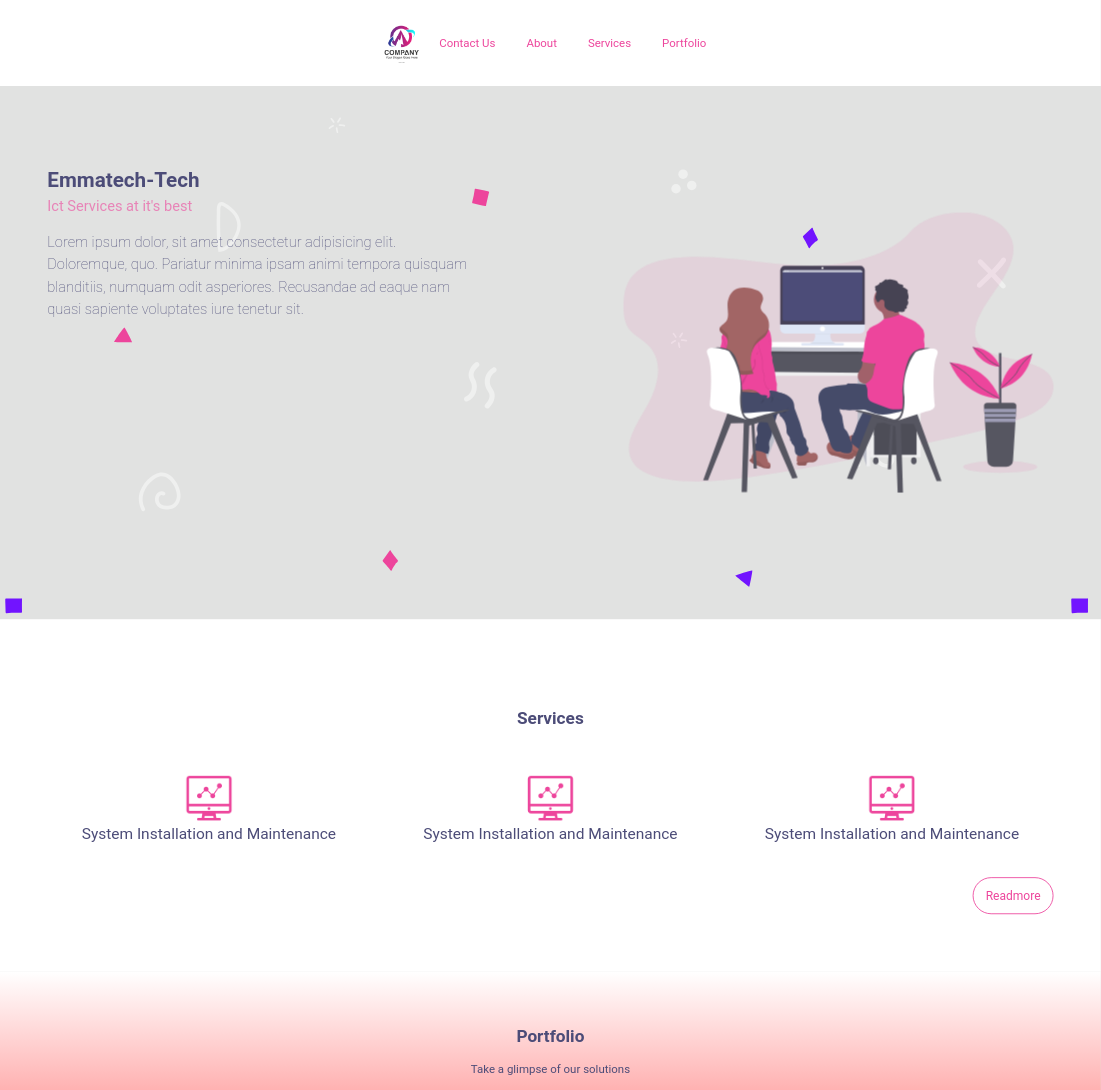
Repository: wisdomspine/emmatech-website
Page: index.html
An editor plug-in stored every save of this project. The page is shown before and after the next save, followed by the edit.
The browser window is 1280 px wide. The pictures show the part of the page from y = 0 to 1268 px (the page is 1582 px tall), at 86% of full size.
A picture or video elsewhere on the page could not be fetched, so the positions and the page height are approximate.

Above is the page before, as saved 2020-10-28 10:26:22.

### index.html
<!DOCTYPE html>
<html lang="en">

<head>
    <meta charset="UTF-8">
    <meta name="viewport" content="width=device-width, initial-scale=1.0 max-scale=1.0">
    <title>Emmatech ICT</title>
    <link rel="stylesheet" href="./assets/styles/styles.css">
    <link rel="stylesheet" href="./assets/styles/home-slide.css">
    <link rel="stylesheet" href="./assets/styles/index.css">
</head>

<body>
    <header class="header">
        <div class="container">
            <img src="./assets/images/logo.png" alt="">
            <nav>
                <ul>
                    <li>
                        <a href="#">Contact Us</a>
                    </li>
                    <li>
                        <a href="#">About</a>
                    </li>
                    <li>
                        <a href="#">Services</a>
                    </li>
                    <li>
                        <a href="#">Portfolio</a>
                    </li>
                </ul>
            </nav>
        </div>
    </header>

    <section class="home-slide">
        <div>
            <div class="container">
                <article>
                    <header>
                        <h1>Emmatech-Tech</h1>
                        <h2>Ict Services at it's best</h2>
                    </header>
                    <p>
                        Lorem ipsum dolor, sit amet consectetur adipisicing elit. Doloremque, quo. Pariatur minima ipsam
                        animi tempora quisquam blanditiis, numquam odit asperiores. Recusandae ad eaque nam quasi
                        sapiente voluptates iure tenetur sit.

                    </p>
                </article>
                <img src="./assets/images/slide/slide1.svg" alt="">
            </div>
        </div>
        <div>
            <div class="container">
                <article>
                    <header>
                        <h1>Emmatech-Tech</h1>
                        <h2>Ict Services at it's peak</h2>
                    </header>
                    <p>
                        Lorem ipsum dolor, sit amet consectetur adipisicing elit. Doloremque, quo. Pariatur minima ipsam
                        animi tempora quisquam blanditiis, numquam odit asperiores. Recusandae ad eaque nam quasi
                        sapiente voluptates iure tenetur sit.

                    </p>
                </article>
                <div>
                    <img src="./assets/images/slide/slide2.svg" alt="">
                </div>
            </div>
        </div>
        <div>
            <div class="container">
                <article>
                    <header>
                        <h1>Emmatech-Tech</h1>
                        <h2>Ict Services at it's great</h2>
                    </header>
                    <p>
                        Lorem ipsum dolor, sit amet consectetur adipisicing elit. Doloremque, quo. Pariatur minima ipsam
                        animi tempora quisquam blanditiis, numquam odit asperiores. Recusandae ad eaque nam quasi
                        sapiente voluptates iure tenetur sit.

                    </p>
                </article>
                <div>
                    <img src="./assets/images/slide/slide3.svg" alt="">
                </div>
            </div>
        </div>
    </section>
    <section class="service-section">
        <div class="container">
            <h2 class="text-center">
                Services
            </h2>
            <div class="home-services">
                <figure>
                    <img src="./assets/images/systme-installation.png" alt="">
                    <figcaption>
                        System Installation and Maintenance
                    </figcaption>
                </figure>
                <figure>
                    <img src="./assets/images/systme-installation.png" alt="">
                    <figcaption>
                        System Installation and Maintenance
                    </figcaption>
                </figure>
                <figure>
                    <img src="./assets/images/systme-installation.png" alt="">
                    <figcaption>
                        System Installation and Maintenance
                    </figcaption>
                </figure>
            </div>

            <a href="#" class="button outline accent readmore">
                Readmore
            </a>
        </div>
    </section>
    <section class="home-portfolio">
        <div class="container">
            <header>
                <h2 class="text-center">
                    Portfolio
                </h2>
                <p class="text-center">
                    Take a glimpse of our solutions
                </p>
            </header>
            <div class="content">
                <figure>
                    <img src="https://images.unsplash.com/photo-1557597774-9d273605dfa9?ixlib=rb-1.2.1&ixid=eyJhcHBfaWQiOjEyMDd9&auto=format&fit=crop&w=500&q=80&h=500"
                        alt="">
                    <figcaption>
                        <h3>Installation of CCTV cameras in TA'AL E-Library</h3>
                        <a href="#" class="button filled accent">View Case</a>
                    </figcaption>
                </figure>
                <figure>
                    <img src="https://images.unsplash.com/photo-1557597774-9d273605dfa9?ixlib=rb-1.2.1&ixid=eyJhcHBfaWQiOjEyMDd9&auto=format&fit=crop&w=500&q=80&h=500"
                        alt="">
                    <figcaption>
                        <h3>Installation of CCTV cameras in TA'AL E-Library</h3>
                        <a href="#" class="button filled accent">View Case</a>
                    </figcaption>
                </figure>
                <figure>
                    <img src="https://images.unsplash.com/photo-1557597774-9d273605dfa9?ixlib=rb-1.2.1&ixid=eyJhcHBfaWQiOjEyMDd9&auto=format&fit=crop&w=500&q=80&h=500"
                        alt="">
                    <figcaption>
                        <h3>Installation of CCTV cameras in TA'AL E-Library</h3>
                        <a href="#" class="button filled accent">View Case</a>
                    </figcaption>
                </figure>
                <figure>
                    <img src="https://images.unsplash.com/photo-1557597774-9d273605dfa9?ixlib=rb-1.2.1&ixid=eyJhcHBfaWQiOjEyMDd9&auto=format&fit=crop&w=500&q=80&h=500"
                        alt="">
                    <figcaption>
                        <h3>Installation of CCTV cameras in TA'AL E-Library</h3>
                        <a href="#" class="button filled accent">View Case</a>
                    </figcaption>
                </figure>
            </div>
        </div>
    </section>
</body>
<script>
    const divs = document.querySelectorAll(".home-slide > div");
    let current = 0;
    divs.forEach(e => {
        e.style.display = "none";
    })
    divs[(current++) % divs.length].style.display = "block";
    setInterval(function () {
        divs.forEach(e => {
            e.style.display = "none";
        })
        divs[(current++) % divs.length].style.display = "block";
    }, 10000)
</script>

</html>

### assets/styles/styles.css
@import "./preset.css";
@import "./page-header.css";

.container {
  max-width: 1170px;
  margin-left: auto;
  margin-right: auto;
}

.text-center{
  text-align: center;
}

.button{
  font-size: 14px;
  line-height: 21px;
  padding: 10px  14px;
  border-radius: 100px;
}

.button.filled.accent{
  background-color: var(--accent-color);
  color: white;
}

.button.outline.accent{
  border-color: var(--accent-color);
  border-width: 1px;
  border-style: solid;
  color: var(--accent-color);
}

### assets/styles/home-slide.css
@import "./variables.css";

@keyframes slide-article {
  0% {
    opacity: 0;
    position: relative;
    top: -90px;
    left: -150px;
  }

  5.5% {
    opacity: 1;
    position: relative;
    top: 0px;
    left: 0px;
  }

  90.8% {
    opacity: 1;
    position: relative;
    top: 0px;
    left: 0px;
  }

  100% {
    opacity: 0;
    position: relative;
    top: 90px;
    left: -150px;
  }
}

@keyframes slide-img {
  0% {
    opacity: 0;
    position: relative;
    top: 350px;
  }

  5.5% {
    opacity: 1;
    position: relative;
    top: 0px;
  }

  90.8% {
    opacity: 1;
    position: relative;
    top: 0px;
  }

  100% {
    opacity: 0;
    position: relative;
    top: 350px;
  }
}


.home-slide {
  height: calc(100vh - var(--header-height));
  overflow: hidden;
  background: url("../images/Confetti-Doodles.svg");
  background-size: contain;
}

.home-slide>div {
  height: 100%;
}

.home-slide>div .container {
  height: 100%;
}

.home-slide .container {
  display: flex;
  flex-flow: row nowrap;
  align-items: center;
  justify-content: space-between;
}

.home-slide .container img {
  max-width: 500px;
  animation-name: slide-img;
  animation-duration: var(--slide-animation-duration);
}

.home-slide .container article {
  max-width: 500px;
  align-self: flex-start;
  margin-top: 70px;
}

.home-slide .container article h1 {
  font-size: 24px;
  margin-bottom: 0px;
}

.home-slide .container article h2 {
  margin-top: 0px;
  opacity: 0.6;
  font-weight: 400;
  font-size: 17px;
  color: var(--accent-link-color);
}

.home-slide .container article {}

.home-slide .container article:not(:hover) {
  animation-name: slide-article;
  animation-duration: var(--slide-animation-duration);
}

.home-slide .container article p {
  font-size: 17px;
  font-weight: lighter;
  line-height: 26px;
}

### assets/styles/index.css
@import "./variables.css";

.service-section{
    background-color:white;
    padding-top: 84px;
    padding-bottom: 134px;
}

.home-services{
    display: flex;
    flex-flow: row nowrap;
    justify-content: space-between;
    align-items: flex-start;
    margin-top: 30px;;
}

.home-services figure{
    display: flex;
    flex-flow: column nowrap;
    align-items: center;
}

.home-services figure figcaption{
    font-size: 18px;
    line-height: 27px;
}

.service-section .readmore{
    float: right;
    margin-top: 24px;
}

.home-portfolio .content{
    display: flex;
    flex-direction: row;
    flex-wrap: nowrap;
    justify-content: space-between;
    overflow-x: hidden;
    height: 250px;
    margin-left: -20px;
}
.home-portfolio .content figure{
    height: 100%;
    position: relative;
    margin: 0px;
    margin-left: 30px;
}

.home-portfolio .content figure img{
    max-height: 100%;
}

.home-portfolio {
    padding-top: 44px;
    padding-bottom: 44px;
    background: linear-gradient(to bottom, white, red);
}

.home-portfolio header>p{
    margin-bottom: 34px;
}

.home-portfolio .content figure figcaption{
    height: 100%;
    position: absolute;
    top: 0;
    display: flex;
    flex-flow: column;
    flex-wrap: nowrap;
    justify-content: center;
    padding: 14px;
    backdrop-filter: brightness(40%);
    align-items: center;

}

.home-portfolio .content figure figcaption h3{
    color: #ffffff;
    text-align: center;
    line-height: 1.8;
}

### assets/styles/preset.css
/* @font-face {
  font-family: "Roboto";
  src: "../fonts/Roboto /Roboto-Regular.ttf";
} */
@import "./variables.css";

* {
  box-sizing: border-box;
  text-rendering: optimizeLegibility;
  -webkit-font-smoothing: antialiased;
  -moz-osx-font-smoothing: grayscale;
  font-kerning: auto;
  color: var(--text-color);
}

html {
  font-size: 10pt;
  line-height: 1.4;
  font-weight: 400;
  font-family: "Roboto";
  -webkit-text-size-adjust: 100%;
}

body {
  margin: 0;
  background-color: var(--bg-color);
}

a,
a:hover,
a:active,
a:focus {
  text-decoration: none;
}

### assets/styles/page-header.css
@import "./variables.css";
.header {
  display: flex;
  flex-flow: row nowrap;
  justify-content: space-between;
  padding: var(--padding-large);
  height: var(--header-height);
  overflow: hidden;
  background-color: var(--card-color);
}

.header .container {
  display: flex;
  flex-flow: row nowrap;
  justify-content: space-between;
}

.header img {
  display: inline-block;
  height: 100%;
}

.header nav ul {
  list-style: none;
  display: flex;
  flex-flow: row nowrap;
  padding: 0;
  margin: 0;
}

.header nav ul li {
  padding: var(--padding-mid);
}

.header nav ul a {
  color: var(--accent-link-color);
}
.header nav ul a:hover {
  opacity: 0.9;
}

### assets/styles/variables.css
:root {
  --bg-color: #e1e2e1;
  --padding-large: 24px;
  --padding-mid: 18px;
  --header-height: 100px;
  --card-color: #ffffff;
  --accent-link-color: #ed459c;
  --accent-color: #ed459c;

  --text-color: #4C4C78;
  --slide-animation-duration: 10s;
}

Loaded but not shown: assets/images/slide/slide1.svg (1 lines, source omitted)

After the next save:
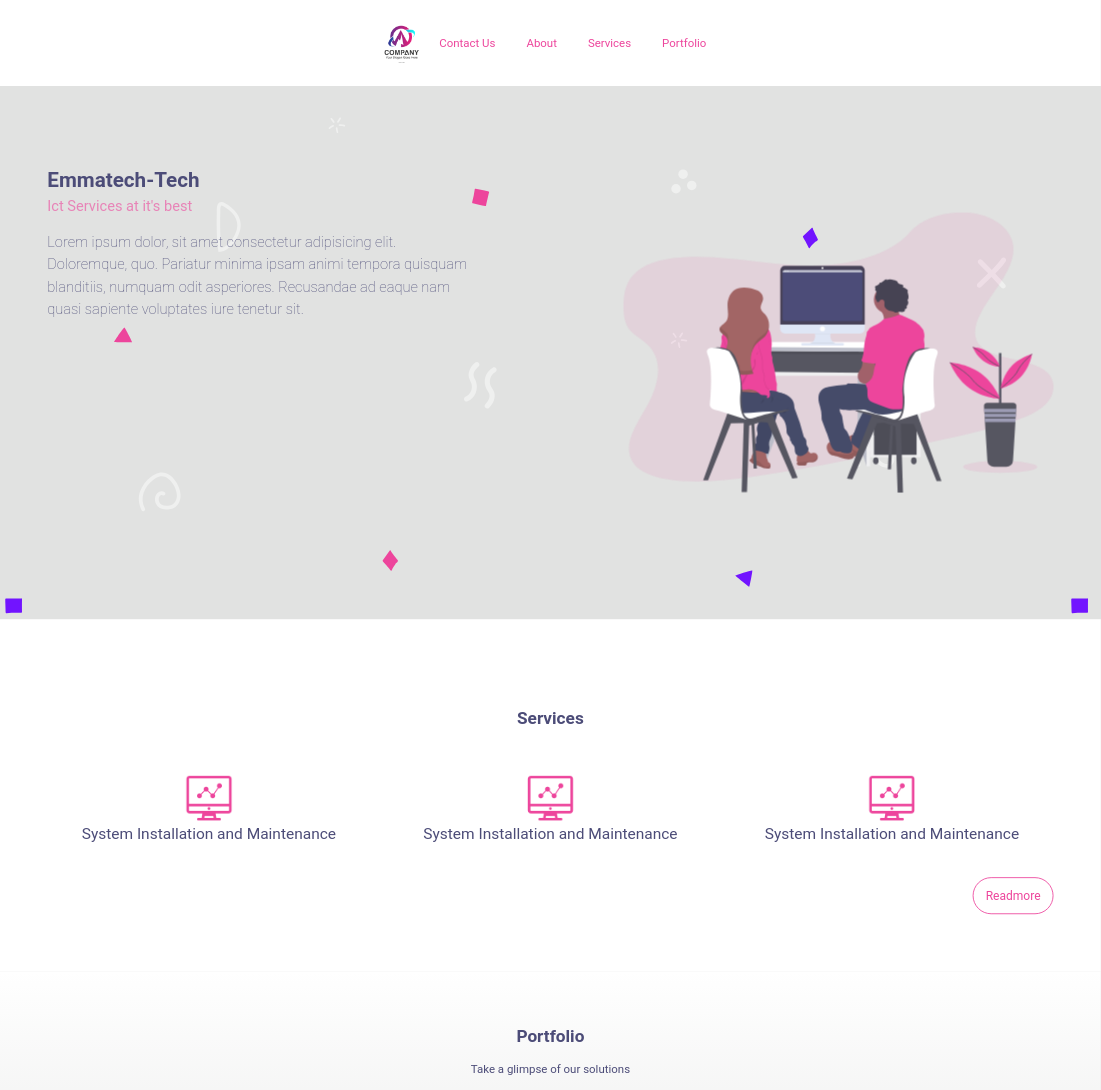
Saved 53 s later.
--- a/assets/styles/index.css
+++ b/assets/styles/index.css
@@ -53,7 +53,7 @@
 .home-portfolio {
     padding-top: 44px;
     padding-bottom: 44px;
-    background: linear-gradient(to bottom, white, red);
+    background: linear-gradient(to bottom, white, var(--bg-color));
 }
 
 .home-portfolio header>p{
